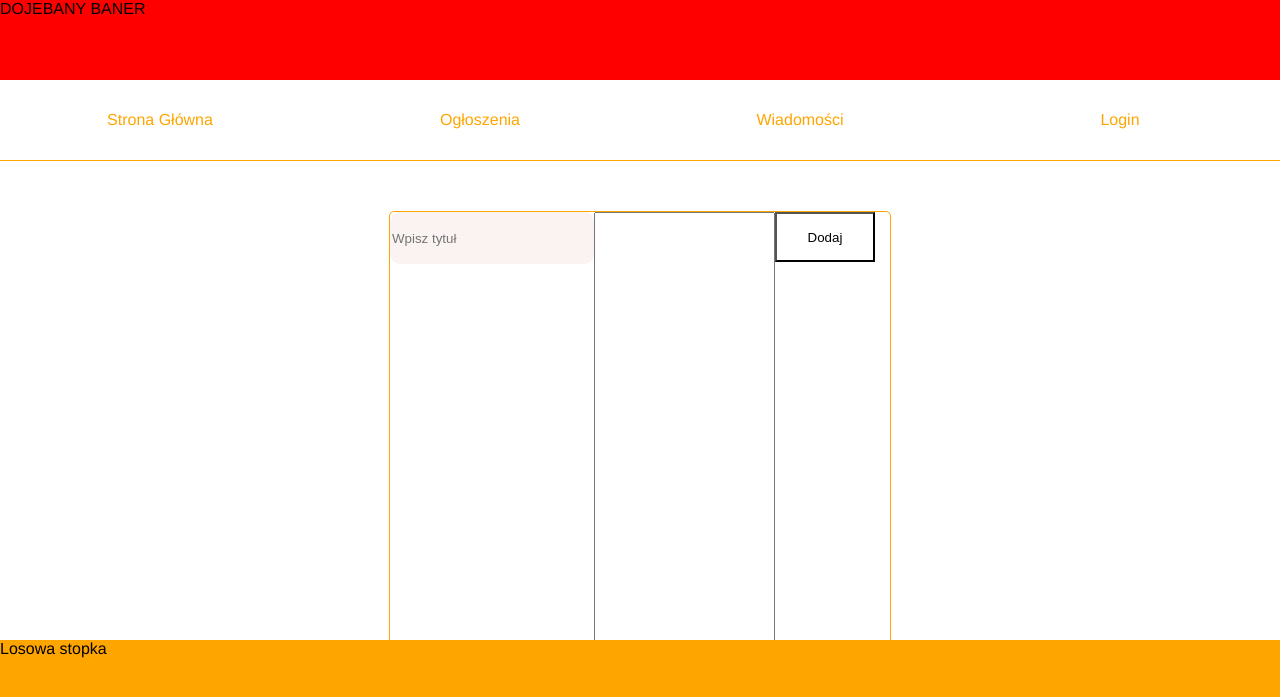
Repository: PatrykStawik/projectppz
Page: /ogloszenia/dodaj-ogloszenie
The author's editor kept a copy of each file at every save. The page is drawn from the files as they stood at one save, then again after the next save.
The browser window is 1280 px wide. The pictures show the whole page.
The project was rebuilt for these pictures with package versions that can differ from the ones it lists, and the page was loaded fresh each time. The framework's server and built-in components were replaced by stand-ins that run in the browser.

Above is the page before, as saved 2021-05-26 12:31:46.

After the next save:
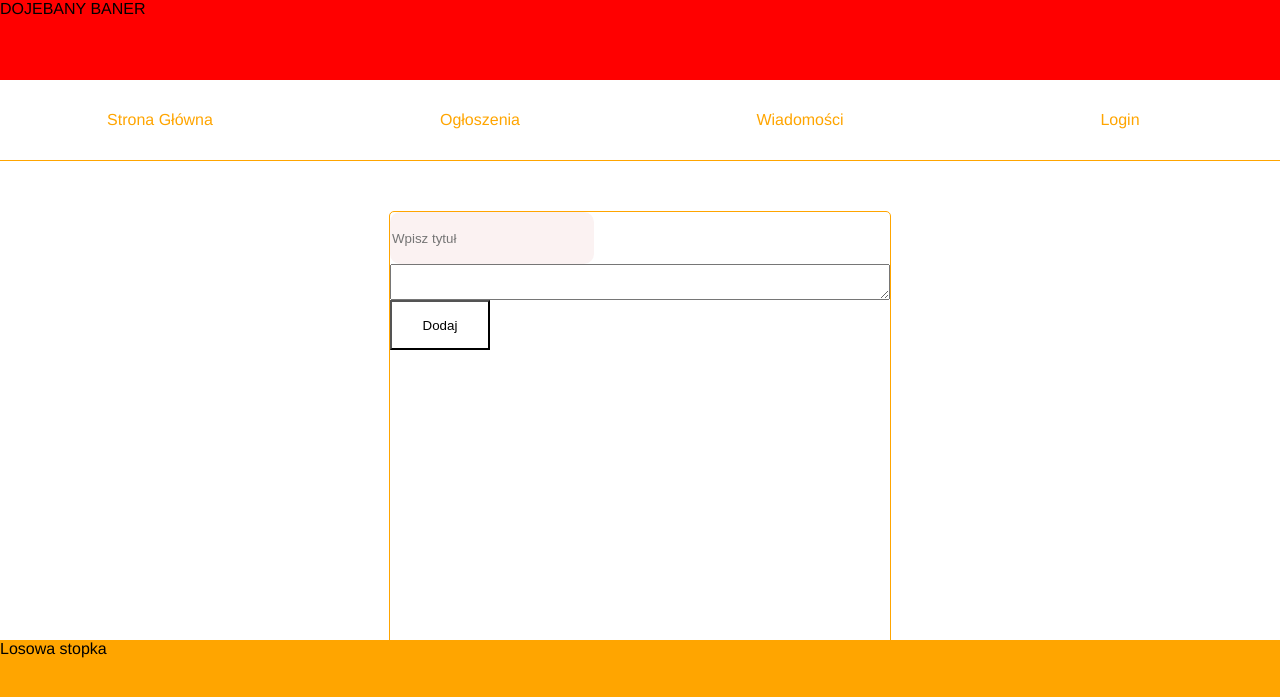
Saved 5 s later.
--- a/components/AddAdvertisementPage/AddAdvertisementPage.tsx
+++ b/components/AddAdvertisementPage/AddAdvertisementPage.tsx
@@ -15,7 +15,7 @@ const Wrapper = styled.div`
   height: 500px;
   border: 1px solid ${colors.orange};
   border-radius: 5px;
-  ${setFlex()};
+  ${setFlex('column')};
   }
   input {
     width: 200px;
